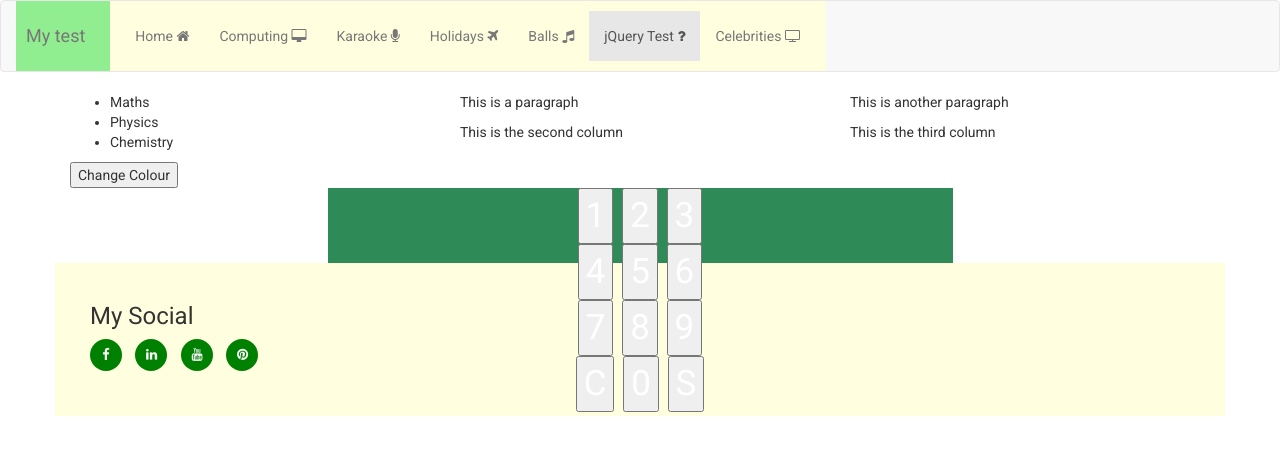
Repository: derektypist/bootstrap
Page: jquerydemo.html
The author's editor kept a record of every edit. The page is drawn from the files as they stood at one moment, then again after the next edit.
The browser window is 1280 px wide. The pictures show the whole page.
Some web libraries are served in a nearby version.

Above is the page before.

After the next edit:
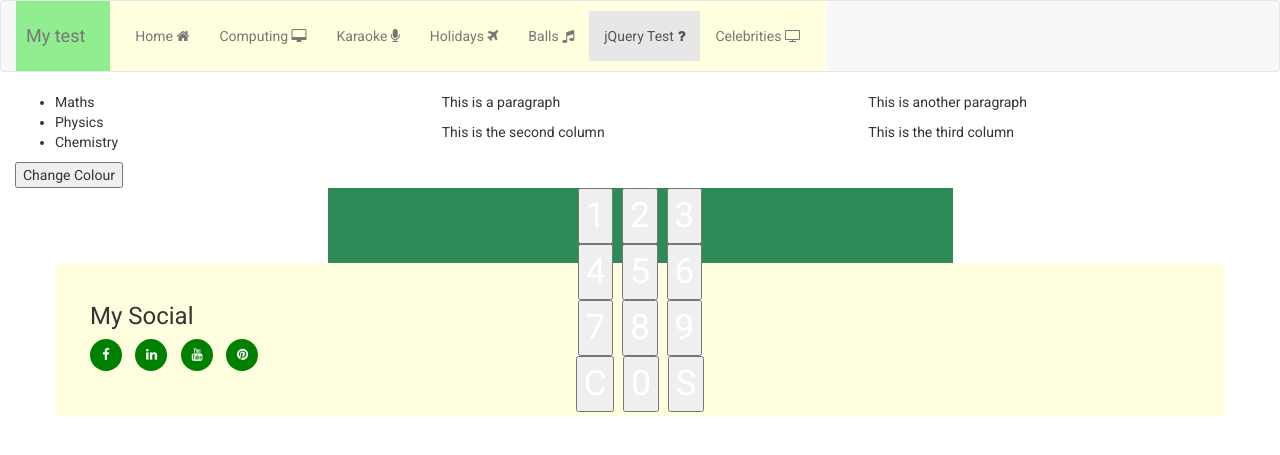
The edit:
--- a/jquerydemo.html
+++ b/jquerydemo.html
@@ -48,8 +48,8 @@
         </div>
     </nav>
 
-    <!-- Section -->
-    <section class="container">
+    <!-- Section for List Items and Paragraphs -->
+    <section class="container-fluid">
         <article class="row">
             <article class="col-sm-4">
                 <ul>
